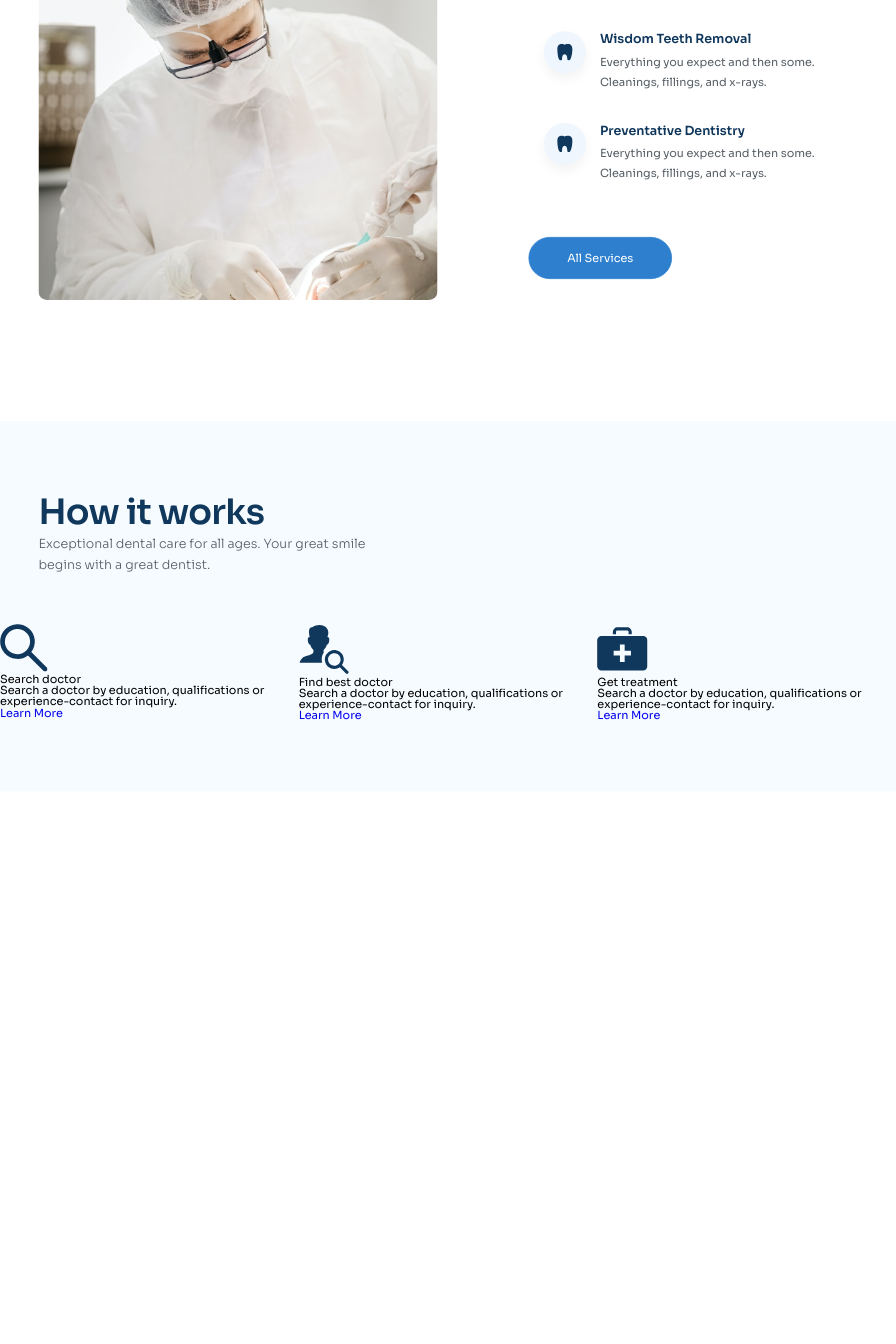
Repository: Tran-Dat/F8_Project_03
Page: index.html
These files come from the project's save history. The page is drawn as it stood at one moment and after the next save; the edit follows.
The browser window is 1280 px wide. The pictures show the part of the page from y = 1301 to 3221 px (the page is 3800 px tall), at 70% of full size.

Above is the page before, as saved 2023-04-03 15:45:56.

After the next save:
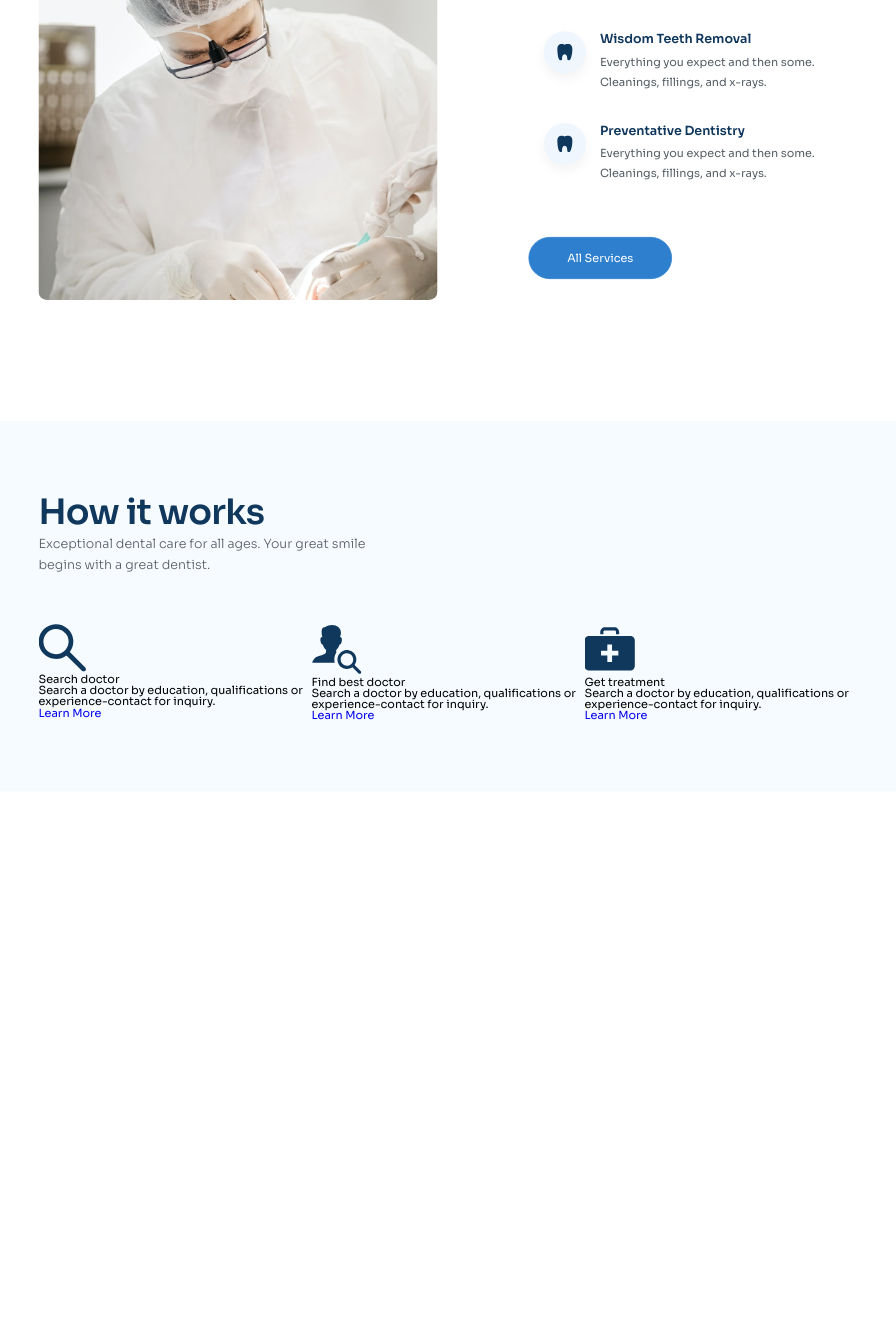
Saved 46 s later.
--- a/index.html
+++ b/index.html
@@ -307,54 +307,54 @@
                         Exceptional dental care for all ages. Your great smile
                         begins with a great dentist.
                     </p>
-                </div>
-
-                <!-- Work List -->
-                <div class="work__list">
-                    <!-- work item 1 -->
-                    <section class="work-item">
-                        <img
-                            src="./assets/icon/search.svg"
-                            alt="search"
-                            class="work-item__icon"
-                        />
-                        <h3 class="work-item__heading">Search doctor</h3>
-                        <p class="work-item__desc">
-                            Search a doctor by education, qualifications or
-                            experience-contact for inquiry.
-                        </p>
-                        <a href="#!" class="work__more">Learn More</a>
-                    </section>
-
-                    <!-- work item 2 -->
-                    <section class="work-item">
-                        <img
-                            src="./assets/icon/search-use.svg"
-                            alt="search"
-                            class="work-item__icon"
-                        />
-                        <h3 class="work-item__heading">Find best doctor</h3>
-                        <p class="work-item__desc">
-                            Search a doctor by education, qualifications or
-                            experience-contact for inquiry.
-                        </p>
-                        <a href="#!" class="work__more">Learn More</a>
-                    </section>
-
-                    <!-- work item 3 -->
-                    <section class="work-item">
-                        <img
-                            src="./assets/icon/bag.svg"
-                            alt="search"
-                            class="work-item__icon"
-                        />
-                        <h3 class="work-item__heading">Get treatment</h3>
-                        <p class="work-item__desc">
-                            Search a doctor by education, qualifications or
-                            experience-contact for inquiry.
-                        </p>
-                        <a href="#!" class="work__more">Learn More</a>
-                    </section>
+
+                    <!-- Work List -->
+                    <div class="work__list">
+                        <!-- work item 1 -->
+                        <section class="work-item">
+                            <img
+                                src="./assets/icon/search.svg"
+                                alt="search"
+                                class="work-item__icon"
+                            />
+                            <h3 class="work-item__heading">Search doctor</h3>
+                            <p class="work-item__desc">
+                                Search a doctor by education, qualifications or
+                                experience-contact for inquiry.
+                            </p>
+                            <a href="#!" class="work__more">Learn More</a>
+                        </section>
+
+                        <!-- work item 2 -->
+                        <section class="work-item">
+                            <img
+                                src="./assets/icon/search-use.svg"
+                                alt="search"
+                                class="work-item__icon"
+                            />
+                            <h3 class="work-item__heading">Find best doctor</h3>
+                            <p class="work-item__desc">
+                                Search a doctor by education, qualifications or
+                                experience-contact for inquiry.
+                            </p>
+                            <a href="#!" class="work__more">Learn More</a>
+                        </section>
+
+                        <!-- work item 3 -->
+                        <section class="work-item">
+                            <img
+                                src="./assets/icon/bag.svg"
+                                alt="search"
+                                class="work-item__icon"
+                            />
+                            <h3 class="work-item__heading">Get treatment</h3>
+                            <p class="work-item__desc">
+                                Search a doctor by education, qualifications or
+                                experience-contact for inquiry.
+                            </p>
+                            <a href="#!" class="work__more">Learn More</a>
+                        </section>
+                    </div>
                 </div>
             </section>
         </main>
